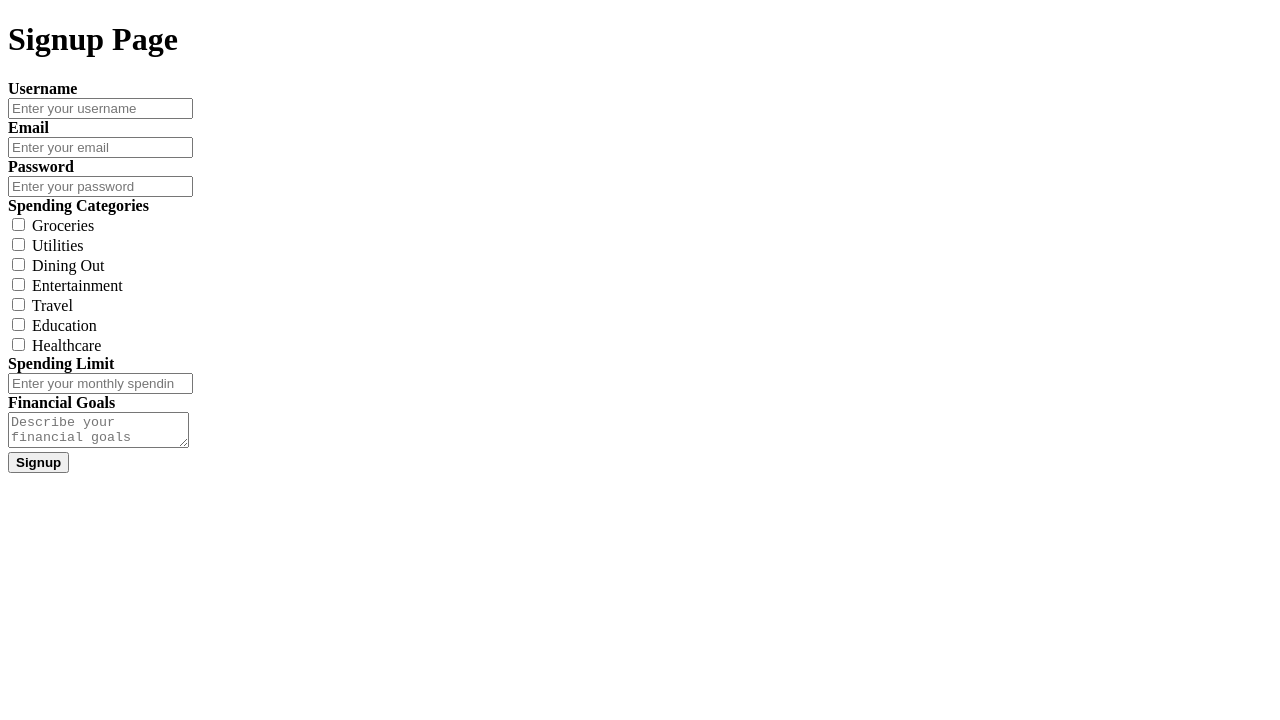
Repository: tommyshado/budget-buddy
Page: public/signup.html
An editor plug-in stored every save of this project. The page is shown before and after the next save, followed by the edit.
The browser window is 1280 px wide. The pictures show the whole page.

Above is the page before, as saved 2023-12-07 12:17:23.

After the next save:
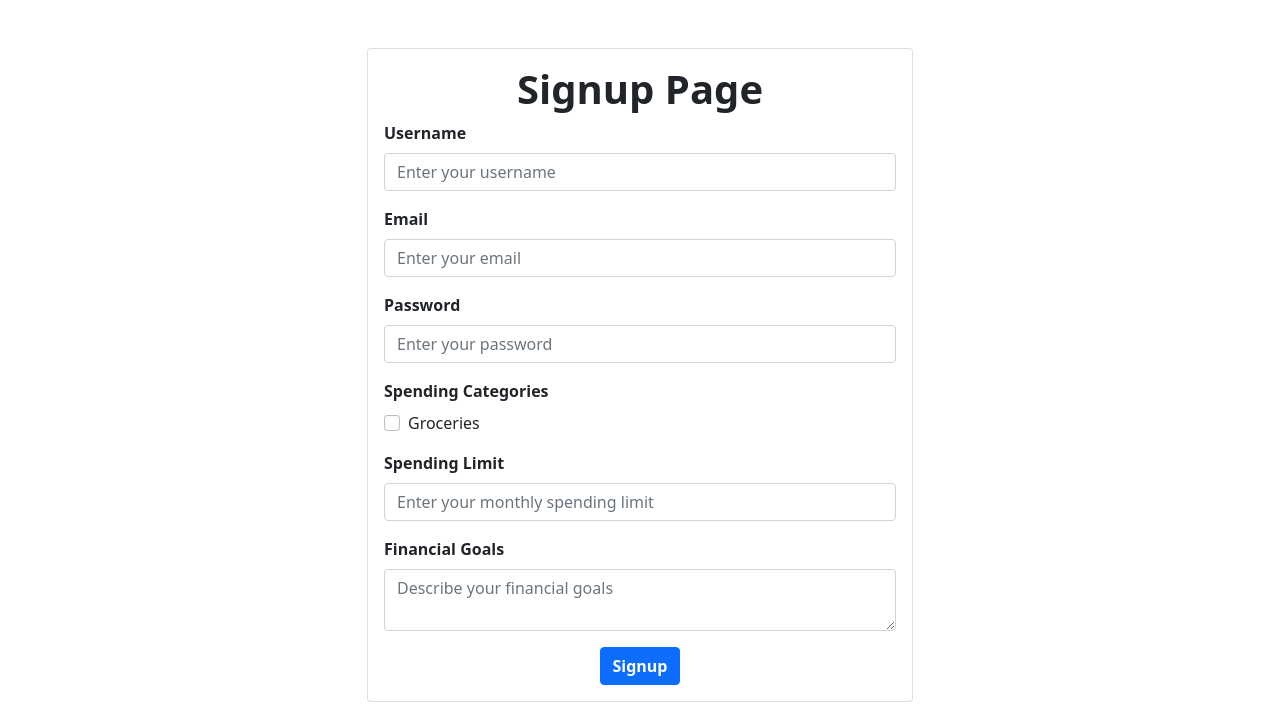
Saved 9 min 39 s later.
--- a/public/signup.html
+++ b/public/signup.html
@@ -4,90 +4,69 @@
     <meta charset="UTF-8">
     <meta name="viewport" content="width=device-width, initial-scale=1.0">
     <title>Signup Page</title>
+    <link href="https://cdn.jsdelivr.net/npm/bootstrap@5.1.3/dist/css/bootstrap.min.css" rel="stylesheet">
 </head>
 <body>
-    <div class="loginContainer">
-        <div>
-            <div class="heading">
-                <h1><strong>Signup Page</strong></h1>
-            </div>
+    <div class="container mt-5">
+        <div class="row justify-content-center">
+            <div class="col-md-6">
+                <div class="card">
+                    <div class="card-body">
+                        <h1 class="card-title text-center"><strong>Signup Page</strong></h1>
 
-            <!-- message section -->
-            <div class="message"></div>
+                        <!-- message section -->
+                        <div class="message"></div>
 
-            <div class="signupForm">
-                <!-- Username -->
-                <div>
-                    <label for="username"><strong>Username</strong></label>
-                    <div>
-                        <input name="username" class="username" type="text" placeholder="Enter your username" required />
+                        <form class="signupForm">
+                            <!-- Username -->
+                            <div class="mb-3">
+                                <label for="username" class="form-label"><strong>Username</strong></label>
+                                <input name="username" class="form-control" type="text" placeholder="Enter your username" required />
+                            </div>
+
+                            <!-- Email -->
+                            <div class="mb-3">
+                                <label for="email" class="form-label"><strong>Email</strong></label>
+                                <input name="email" class="form-control" type="email" placeholder="Enter your email" required />
+                            </div>
+
+                            <!-- Password -->
+                            <div class="mb-3">
+                                <label for="password" class="form-label"><strong>Password</strong></label>
+                                <input name="password" class="form-control" type="password" placeholder="Enter your password" required />
+                            </div>
+
+                            <!-- Spending Categories -->
+                            <div class="mb-3">
+                                <label class="form-label"><strong>Spending Categories</strong></label>
+                                <div class="form-check">
+                                    <input type="checkbox" class="form-check-input" id="groceries" name="categories" value="groceries">
+                                    <label class="form-check-label" for="groceries">Groceries</label>
+                                </div>
+                                <!-- Repeat for other categories -->
+
+                                <!-- ... other categories ... -->
+
+                            </div>
+
+                            <!-- Spending Limit -->
+                            <div class="mb-3">
+                                <label for="spendingLimit" class="form-label"><strong>Spending Limit</strong></label>
+                                <input name="spendingLimit" class="form-control" type="number" placeholder="Enter your monthly spending limit" required />
+                            </div>
+
+                            <!-- Financial Goals -->
+                            <div class="mb-3">
+                                <label for="financialGoals" class="form-label"><strong>Financial Goals</strong></label>
+                                <textarea name="financialGoals" class="form-control" placeholder="Describe your financial goals" required></textarea>
+                            </div>
+
+                            <!-- Signup Button -->
+                            <div class="text-center">
+                                <button type="button" class="btn btn-primary signupBtn"><strong>Signup</strong></button>
+                            </div>
+                        </form>
                     </div>
-                </div>
-
-                <!-- Email -->
-                <div>
-                    <label for="email"><strong>Email</strong></label>
-                    <div>
-                        <input name="email" class="email" type="email" placeholder="Enter your email" required />
-                    </div>
-                </div>
-
-                <!-- Password -->
-                <div>
-                    <label for="password"><strong>Password</strong></label>
-                    <div>
-                        <input name="password" class="password" type="password" placeholder="Enter your password" required />
-                    </div>
-                </div>
-
-                <!-- Spending Categories -->
-                <div>
-                    <label><strong>Spending Categories</strong></label>
-                    <div>
-                        <input type="checkbox" id="groceries" name="categories" value="groceries">
-                        <label for="groceries">Groceries</label><br>
-
-                        <input type="checkbox" id="utilities" name="categories" value="utilities">
-                        <label for="utilities">Utilities</label><br>
-
-                        <input type="checkbox" id="dining" name="categories" value="dining">
-                        <label for="dining">Dining Out</label><br>
-
-                        <input type="checkbox" id="entertainment" name="categories" value="entertainment">
-                        <label for="entertainment">Entertainment</label><br>
-
-                        <input type="checkbox" id="travel" name="categories" value="travel">
-                        <label for="travel">Travel</label><br>
-
-                        <input type="checkbox" id="education" name="categories" value="education">
-                        <label for="education">Education</label><br>
-
-                        <input type="checkbox" id="healthcare" name="categories" value="healthcare">
-                        <label for="healthcare">Healthcare</label><br>
-
-                        <!-- Add more checkboxes as needed -->
-                    </div>
-                </div>
-
-                <!-- Spending Limit -->
-                <div>
-                    <label for="spendingLimit"><strong>Spending Limit</strong></label>
-                    <div>
-                        <input name="spendingLimit" class="spendingLimit" type="number" placeholder="Enter your monthly spending limit" required />
-                    </div>
-                </div>
-
-                <!-- Financial Goals -->
-                <div>
-                    <label for="financialGoals"><strong>Financial Goals</strong></label>
-                    <div>
-                        <textarea name="financialGoals" class="financialGoals" placeholder="Describe your financial goals" required></textarea>
-                    </div>
-                </div>
-
-                <!-- Signup Button -->
-                <div>
-                    <button type="button" class="signupBtn"><strong>Signup</strong></button>
                 </div>
             </div>
         </div>
